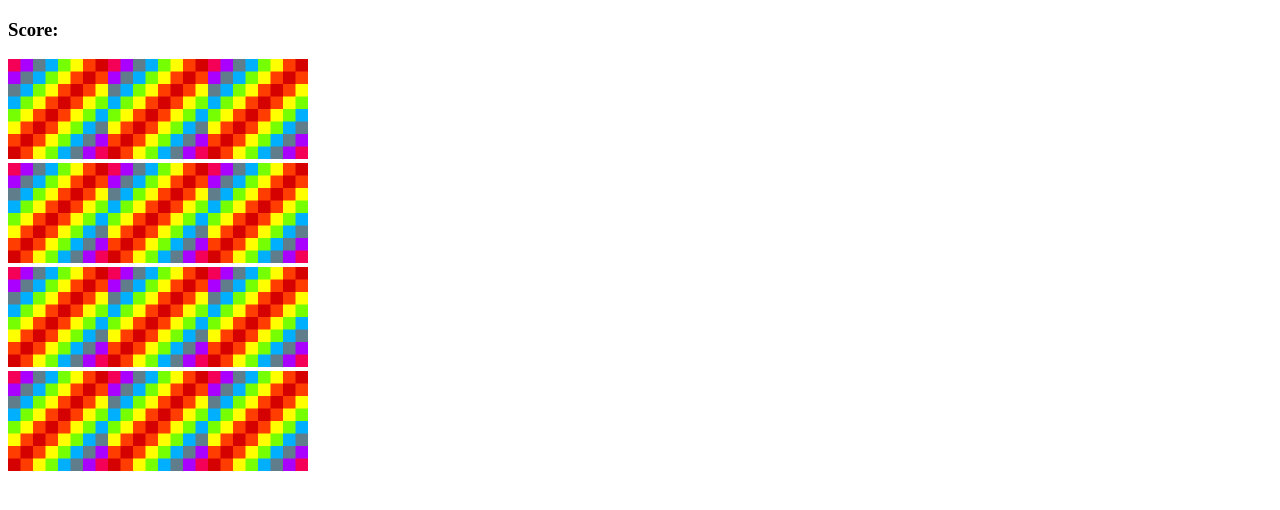
Repository: anonymous1508/Memory-game
Page: index.html
These files come from the project's save history. The page is drawn as it stood at one moment and after the next save; the edit follows.
The browser window is 1280 px wide. The pictures show the whole page.

Above is the page before, as saved 2023-05-26 12:58:26.

### index.html
<!DOCTYPE html>
<html lang="en">
<head>
    <meta charset="UTF-8">
    <meta http-equiv="X-UA-Compatible" content="IE=edge">
    <meta name="viewport" content="width=device-width, initial-scale=1.0">
    <link rel="stylesheet" href="style.css">
    <title>Memory Game</title>
</head>
<body>
    <h3> Score: <span id="result"></span></h3>
    <div id="grid"></div>

<script src = "app.js"></script>
</body>
</html>

### style.css
#grid{
    width:300px;
    height:300px;
}

### app.js
const card=[
    {
        name: 'fries',
        image : 'images/fries.png'

    },
    {
        name: 'cheeseburger',
        image : 'images/cheeseburger.png'
    },
    {
        name: 'hotdog',
        image : 'images/hotdog.png'
    },
    {
        name: 'ice-cream',
        image : 'images/ice-cream.png'
    },
    {
        name: 'milkshake',
        image : 'images/milkshake.png'
    },
    {
        name: 'pizza',
        image : 'images/pizza.png'
    },
    {
        name: 'fries',
        image : 'images/fries.png'

    },
    {
        name: 'cheeseburger',
        image : 'images/cheeseburger.png'
    },
    {
        name: 'hotdog',
        image : 'images/hotdog.png'
    },
    {
        name: 'ice-cream',
        image : 'images/ice-cream.png'
    },
    {
        name: 'milkshake',
        image : 'images/milkshake.png'
    },
    {
        name: 'pizza',
        image : 'images/pizza.png'
    }


]
card.sort(()=>0.5 - Math.random)
const griddisplay=document.querySelector('#grid')
function createboard(){
    for(let i=0; i<card.length ;i++){
        const card= document.createElement('img')
        card.setAttribute('src', 'images/blank.png')
        card.setAttribute('data-id',i)
        griddisplay.appendChild(card)
    }

}
createboard()

After the next save:
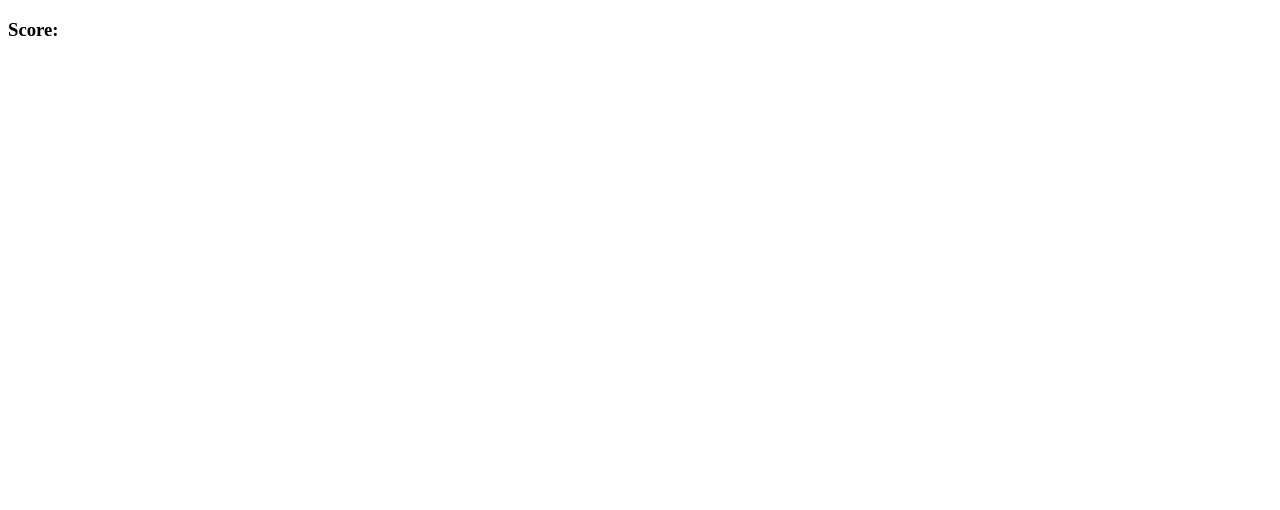
Console error: TypeError: this.getAttribute is not a function
Saved 3 min 53 s later.
--- a/app.js
+++ b/app.js
@@ -59,8 +59,14 @@
         const card= document.createElement('img')
         card.setAttribute('src', 'images/blank.png')
         card.setAttribute('data-id',i)
+        card.addEventListener('click',flipcard())
         griddisplay.appendChild(card)
     }
 
 }
 createboard()
+function flipcard(){
+    const cardid= this.getAttribute('data-id');
+    console.log(card[cardid])
+
+}

After the 5 saves that followed:
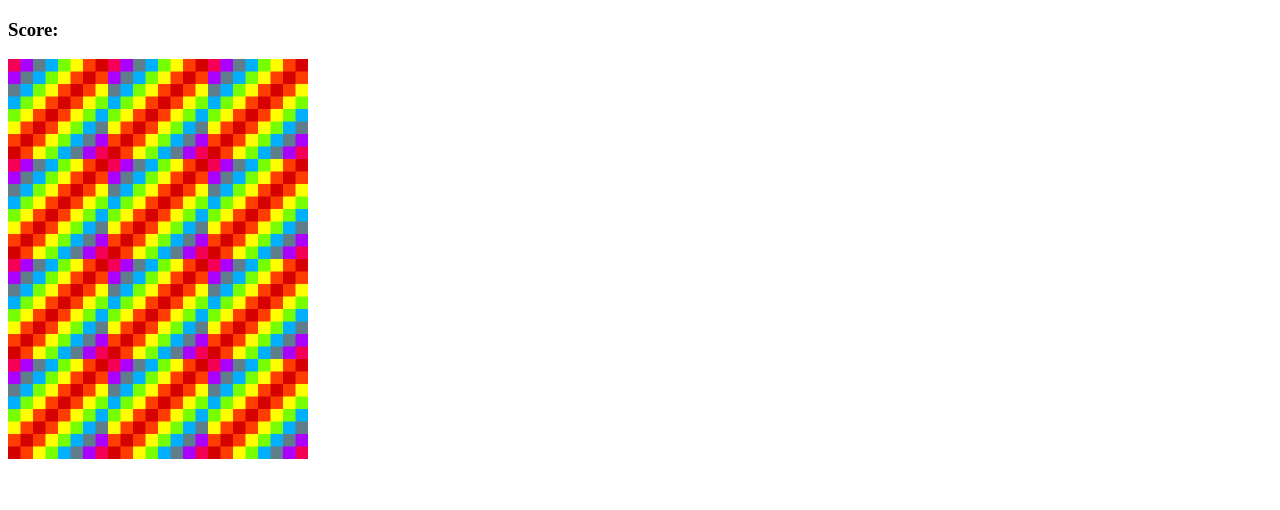
The error is gone.
The 5 saves are shown as one change because 4 left the picture as it was.
The last was saved 4 min 5 s later.
--- a/style.css
+++ b/style.css
@@ -1,4 +1,6 @@
 #grid{
     width:300px;
     height:300px;
+    display: flex;
+    flex-wrap: wrap;
 }
--- a/app.js
+++ b/app.js
@@ -59,14 +59,9 @@
         const card= document.createElement('img')
         card.setAttribute('src', 'images/blank.png')
         card.setAttribute('data-id',i)
-        card.addEventListener('click',flipcard())
+        card.addEventListener('click',)
         griddisplay.appendChild(card)
     }
 
 }
 createboard()
-function flipcard(){
-    const cardid= this.getAttribute('data-id');
-    console.log(card[cardid])
-
-}
